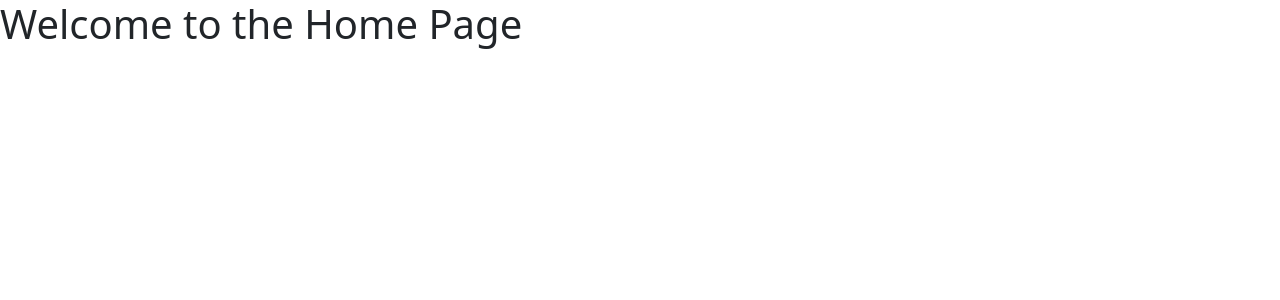
Repository: kapucuonur/LOGIN_REGISTER
Page: /home (app in client/)
These files come from the project's save history. The page is drawn as it stood at one moment and after the next save; the edit follows.
The browser window is 1280 px wide. The pictures show the whole page.
The project was rebuilt for these pictures with package versions that can differ from the ones it lists, and the page was loaded fresh each time. Also part of the build but not shown: client/vite.config.js, client/src/Signup.jsx, client/src/Login.jsx.

Above is the page before, as saved 2024-11-19 23:24:10.

### client/src/App.jsx
import { useState } from 'react'
import 'bootstrap/dist/css/bootstrap.min.css'
import Signup from './Signup'
import {BrowserRouter, Routes, Route} from 'react-router-dom'
import Login from './Login'
import Home from './Home'
function App() {

return (

     <BrowserRouter>
      <Routes>
        <Route path="/register" element={<Signup />}></Route>
        <Route path="/login" element={<Login />}></Route>
        <Route path="/home" element={<Home />}></Route>
        </Routes>
     </BrowserRouter>

  )
}

export default App

### client/src/Home.jsx
import React from "react";

function Home() {
  return (

      <h1>Welcome to the Home Page</h1>

  )
}

export default Home;

Loaded but not shown: client/index.html (common file); client/src/main.jsx (common file)

After the next save:
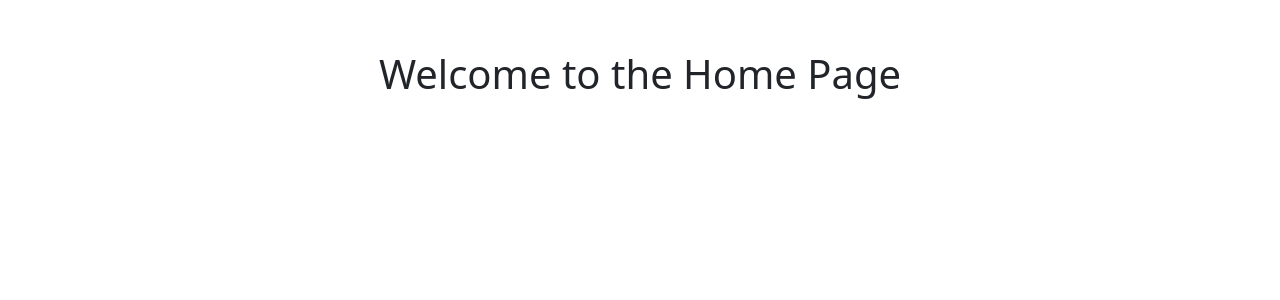
Saved 9 min 7 s later.
--- a/client/src/Home.jsx
+++ b/client/src/Home.jsx
@@ -1,11 +1,11 @@
 import React from "react";
 
 function Home() {
-  return (
-
-      <h1>Welcome to the Home Page</h1>
-
-  )
-}
+    return (
+      <div style={{ textAlign: "center", marginTop: "50px" }}>
+        <h1>Welcome to the Home Page</h1>
+      </div>
+    );
+  }
 
 export default Home;
